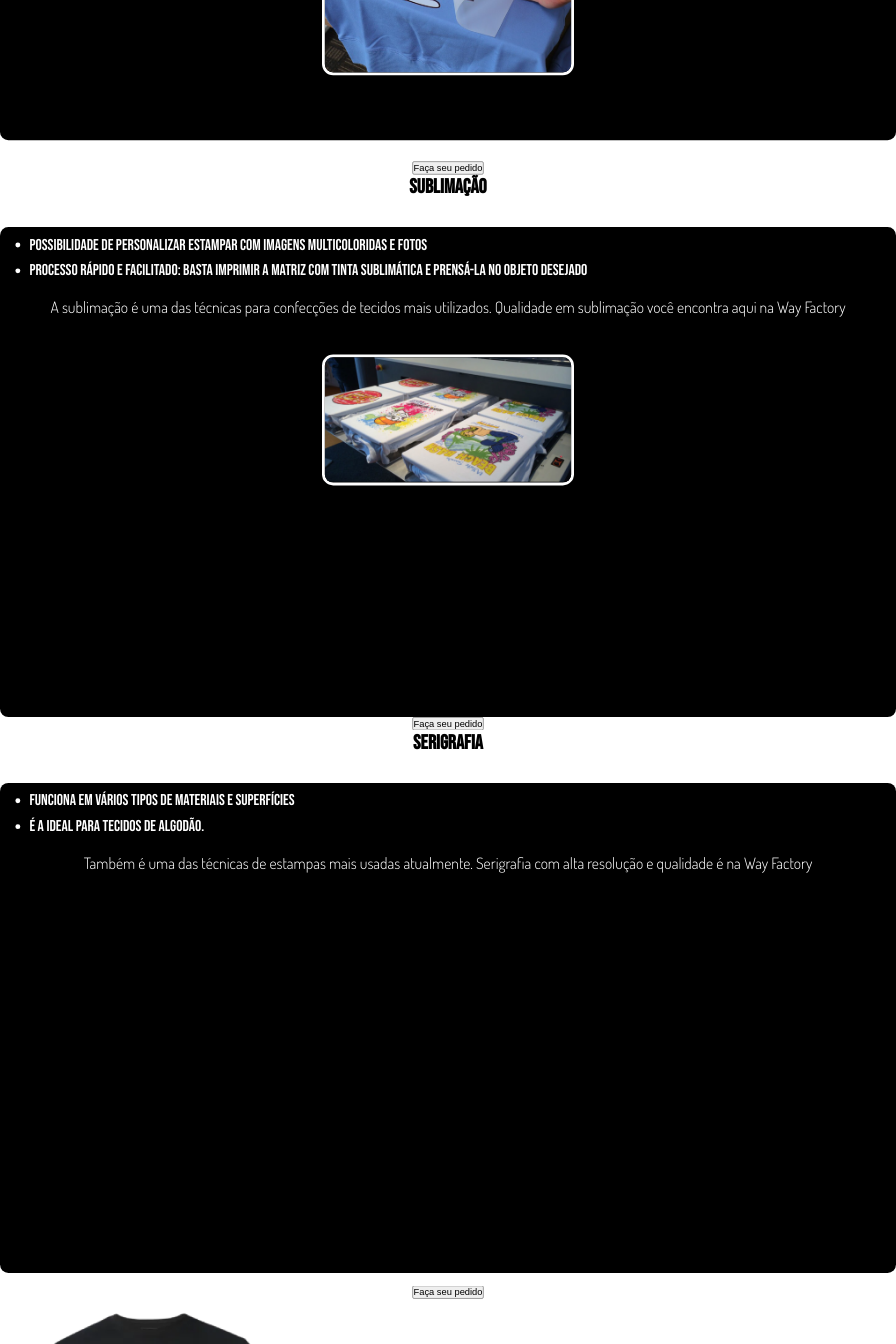
Repository: Leonngc/way-factory
Page: index.html
These files come from the project's save history. The page is drawn as it stood at one moment and after a run of saves; the edit follows.
The browser window is 1280 px wide. The pictures show the part of the page from y = 1188 to 3108 px (the page is 3552 px tall before and 3592 px after), at 70% of full size.
Some icons come from a web library that is not loaded, so they are not drawn.

Above is the page before, as saved 2023-02-08 22:38:53.

### index.html
<!DOCTYPE html>
<html lang="pt-br">
  <head>
    <meta charset="UTF-8" />
    <meta http-equiv="X-UA-Compatible" content="IE=edge" />
    <meta name="viewport" content="width=device-width, initial-scale=1.0" />
    <link rel="shortcut icon" href="favicon.ico" type="image/x-icon" />
    <link
      rel="stylesheet"
      href="https://cdn-uicons.flaticon.com/uicons-bold-rounded/css/uicons-bold-rounded.css"
    />
    <link rel="stylesheet" href="styles/index.css">
    <title>Way Factory</title>
  </head>
  <body>
    <header>
      <img src="" alt="" id="logo" />
      <menu>
        <button id="menu-burguer"><i class="fi fi-br-menu-burger" ></i></button>
        <ul id="links-menu">
          <li><a href="about.html">Sobre</a></li>
          <li><a href="order.html">Como fazer seu pedido</a></li>
          <li><a href="contacts.html">Contatos</a></li>
        </ul>
      </menu>
    </header>

    <main>
      <div class="container-slogan">
        <div class="slogans">
          <h2>CONFIABILIDADE</h2>
          <p>
            Trabalhamos lado-a-lado com você, cumprindo nossos serviços com
            agilidade, qualidade e paixão pelo o que fazemos
          </p>
        </div>

        <div class="slogans">
          <h2>QUALIDADE</h2>
          <p>
            A Way Factory preza pela alta qualidade da sua personalização
            utilizando as técnicas mais modernas do mercado
          </p>
        </div>

        <div class="slogans">
          <h2>DO SEU JEITO</h2>
          <p>
            Fazemos a personalização exatamente do seu jeito contando com a
            nossa equipe para ajudá-lo na hora do pedido.
          </p>
        </div>
      </div>

      <section>
        <h2>NOSSOS SERVIÇOS</h2>
        <div  class="container-services">
          <h3>ESTAMPAS EM DTF</h3>
          <div>
            <ul>
              <li>DURABILIDADE</li>
              <li>É POSSÍVEL ESTAMPAR NOS MAIS DIVERSOS TECIDOS</li>
              <li>ACABAMENTO MACIO</li>
            </ul>

            <p>
              Todas essas são as principais características de estampas no tipo
              DTF. A Way Factory tem as melhores máquinas para entregar um
              produto de qualidade e beleza
              <div class="container-img"><img src="images/dtf.png" alt="Imagem de uma estampa em DTF" /></div>
            </p>
          </div>
         <button>Faça seu pedido</button>
        </div>

        <div class="container-services">
          <h3>SUBLIMAÇÃO</h3>
          <div>
            <ul>
              <li>
                Possibilidade de personalizar estampar com imagens
                multicoloridas e fotos
              </li>
              <li>
                Processo rápido e facilitado: basta imprimir a matriz com tinta
                sublimática e prensá-la no objeto desejado
              </li>
            </ul>
            <p>
              A sublimação é uma das técnicas para confecções de tecidos mais
              utilizados. Qualidade em sublimação você encontra aqui na Way
              Factory
              <div class="container-img"><img src="images/sublimacao.png" alt="Imagem de uma estampa em sublimação" /></div>
            </p>
          </div>
        </div>

        <button>Faça seu pedido</button>

        <div class="container-services">
            <h3>SERIGRAFIA</h3>
            <div>
                <ul>
                    <li>Funciona em vários tipos de materiais e superfícies</li>
                    <li>é a ideal para tecidos de algodão.</li>
                </ul>
                <p>Também é uma das técnicas de estampas mais usadas atualmente. Serigrafia com alta resolução e qualidade é na Way Factory</p>
            </div>
          <img src="" alt=""/>
        </div>
        <button>Faça seu pedido</button>
      </section>
    </main>
        <div>
            <img src="images/180_camiseta_de_algodao_preta_p_m_g_gg_931_1_91c3eb3d1cbb91f6ca1f162f1c7263c0.png" alt="">
        </div>
    <footer>
      <ul>
        <li>Endereço</li>
        <li>Telefone</li>
        <li>Instagram</li>
      </ul>
    </footer>
  </body>
</html>

### styles/index.css
@charset "UTF-8";

@import url('https://fonts.googleapis.com/css2?family=Bebas+Neue&display=swap');
@import url('https://fonts.googleapis.com/css2?family=Dosis:wght@300&display=swap');

:root{
    --bebas-neue: 'Bebas Neue', cursive;
    --dosis:'Dosis', sans-serif;
}

*{
    margin: 0px;
    padding: 0px;
    box-sizing: border-box;
}

header{
    background-color: black;
    height: 20vh;
    max-width: 100vw;
    width: 100vw;
    margin-bottom: 25px;
}
#menu-burguer{
    background-color: rgba(245, 245, 220, 0);
    color: white;
    font-size: 30px;
    padding: 9px;
}
#links-menu{
    background-color: white;
    max-width: 100vw;
    width: 100vw;
    display: none;
}
menu > ul > li > a{
    color: rgb(3, 3, 3);
    font-family: var(--bebas-neue);
    font-size: 18px;
    margin-left: 20px;
}

menu > ul > li{
    list-style: circle;
    padding: 6px;
}
.container-slogan{
    margin: 40px;
}
.slogans{
    text-align: center;
    font-family: var(--bebas-neue);
    margin-top: 25px;
}

.slogans > h2{
    font-size: 1.8em;
}

.slogans > p{
    font-size: 1.6em;
    font-family: var(--dosis);
}

section{
    text-align: center;
    margin-top: 100px;
}

section > h2{
    font-family: var(--bebas-neue);
    padding: 20px;
    font-size: 2em;
    text-decoration: underline;
}


.container-services > h3{
    font-family: var(--bebas-neue);
    font-size: 1.8em;
}

.container-services > div{
    margin-top: 40px;
    background-color: black;
    color: white;
    height: 700px;
    padding: 12px;
    border-radius: 12px;
}

.container-services > div > ul > li{
    text-align: left;
    margin-left: 30px;
    margin-bottom: 10px;
    font-size: 1.4em;
    font-family: var(--bebas-neue);
}

.container-services > div > p{
    font-family: var(--dosis);
    font-size: 1.4em;
    padding: 14px;
    margin-bottom: 40px;
}

.container-img > img{
    border: 4px solid white;
    border-radius: 16px;
    width: 360px;
}

.container-services > button{
    margin-top: 30px;
}

After the next 5 saves:
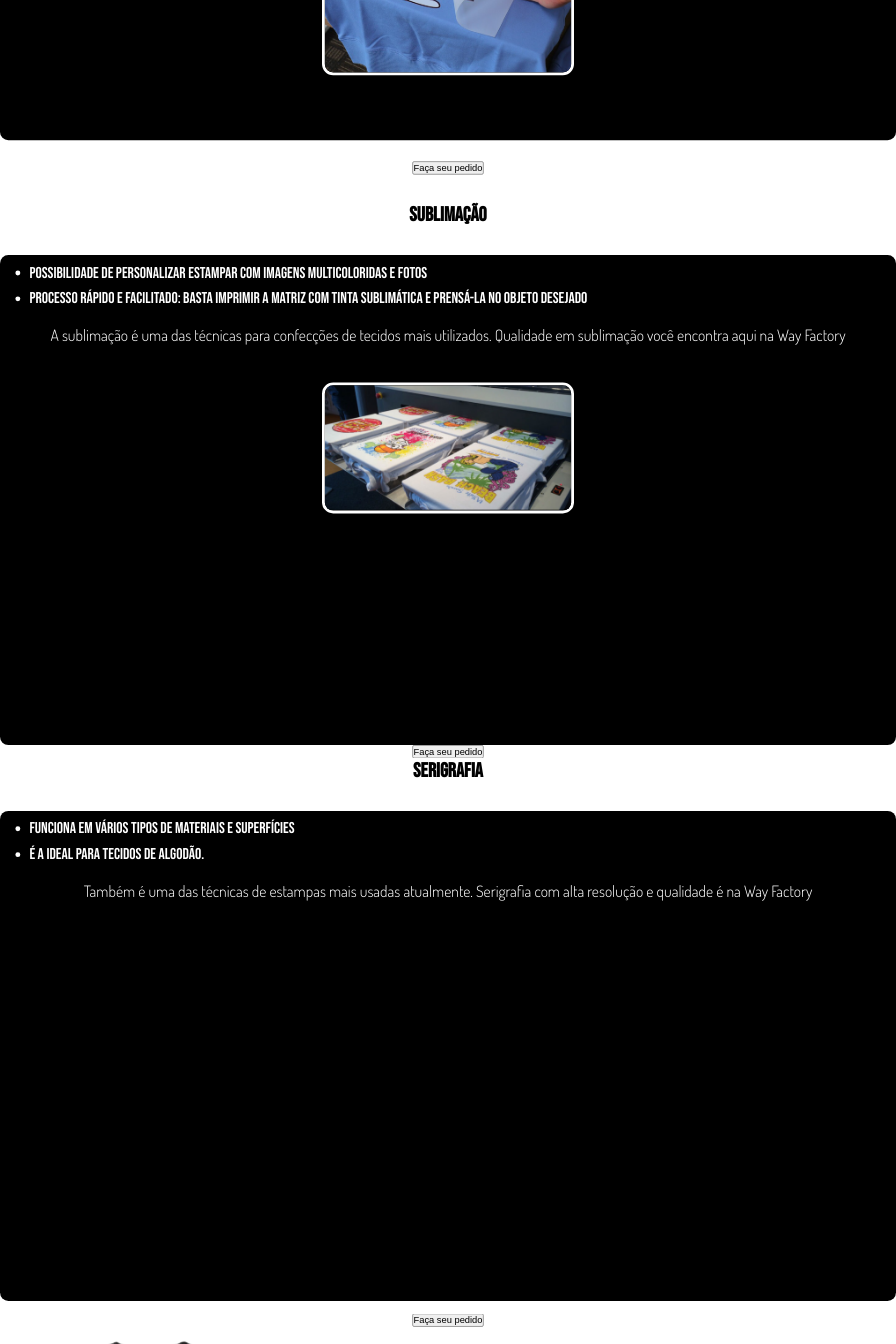
The 5 saves are shown as one change because they came seconds apart.
The last was saved 15 s later.
--- a/styles/index.css
+++ b/styles/index.css
@@ -112,4 +112,6 @@
 
 .container-services > button{
     margin-top: 30px;
+    margin-bottom: 40px;
+    background-color: ;
 }
